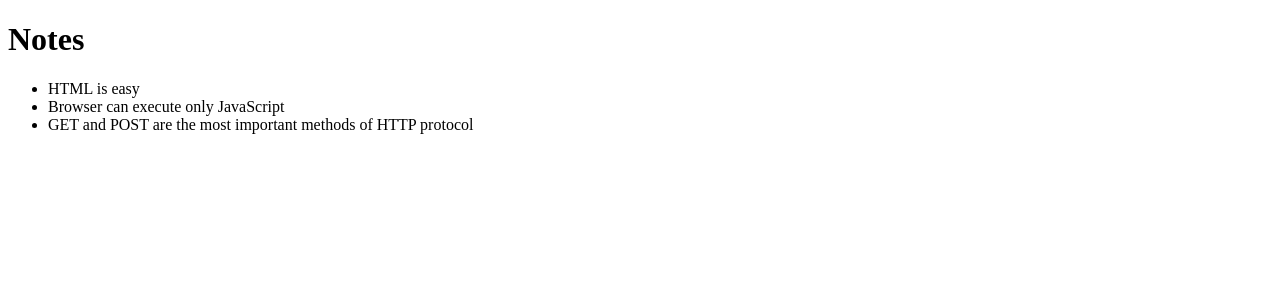
Repository: mariocapitbrok/helsinki-fullstack
Page: / (app in part2/)
The author's editor kept a copy of each file at every save. The page is drawn from the files as they stood at one save, then again after the next save.
The browser window is 1280 px wide. The pictures show the whole page.
The project was rebuilt for these pictures with package versions that can differ from the ones it lists, and the page was loaded fresh each time. Requests to the local data server were answered from the project's data file.

Above is the page before, as saved 2022-01-12 18:21:05.

### part2/src/App.js
import React, { useState, useEffect } from 'react'
import axios from 'axios'
import Note from './components/Note'

const App = () => {
  const [notes, setNotes] = useState([])
  const [newNote, setNewNote] = useState('')
  const [showAll, setShowAll] = useState(true)

  useEffect(() => {
    console.log('effect')
    axios.get('http://localhost:3001/notes').then((response) => {
      console.log('promise fulfilled')
      setNotes(response.data)
    })
  }, [])
  console.log('render', notes.length, 'notes')

  return (
    <div>
      <h1>Notes</h1>
      <ul>
        {notes.map((note) => (
          <Note key={note.id} note={note} />
        ))}
      </ul>
    </div>
  )
}

export default App

### part2/src/components/Note.js
import React from 'react'

const Note = ({ note }) => <li>{note.content}</li>

export default Note

Loaded but not shown: part2/public/index.html (common file); part2/src/index.js (common file); part2/db.json (common file)

After the next save:
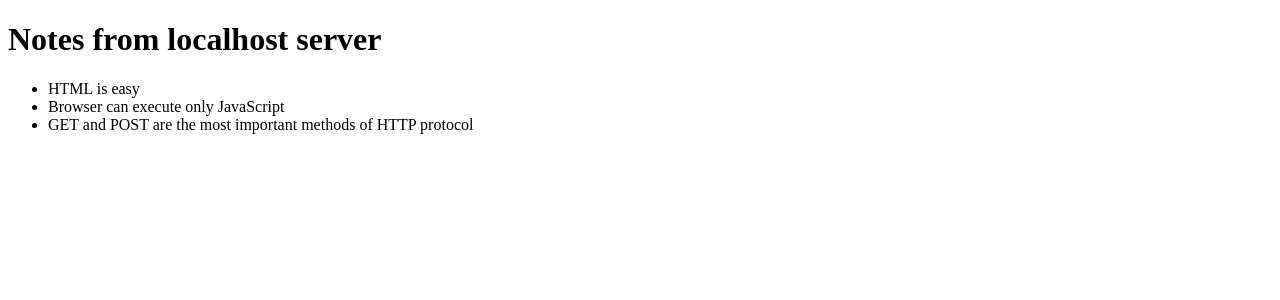
Saved 5 min 51 s later.
--- a/part2/src/App.js
+++ b/part2/src/App.js
@@ -18,7 +18,7 @@ const App = () => {
 
   return (
     <div>
-      <h1>Notes</h1>
+      <h1>Notes from localhost server</h1>
       <ul>
         {notes.map((note) => (
           <Note key={note.id} note={note} />
